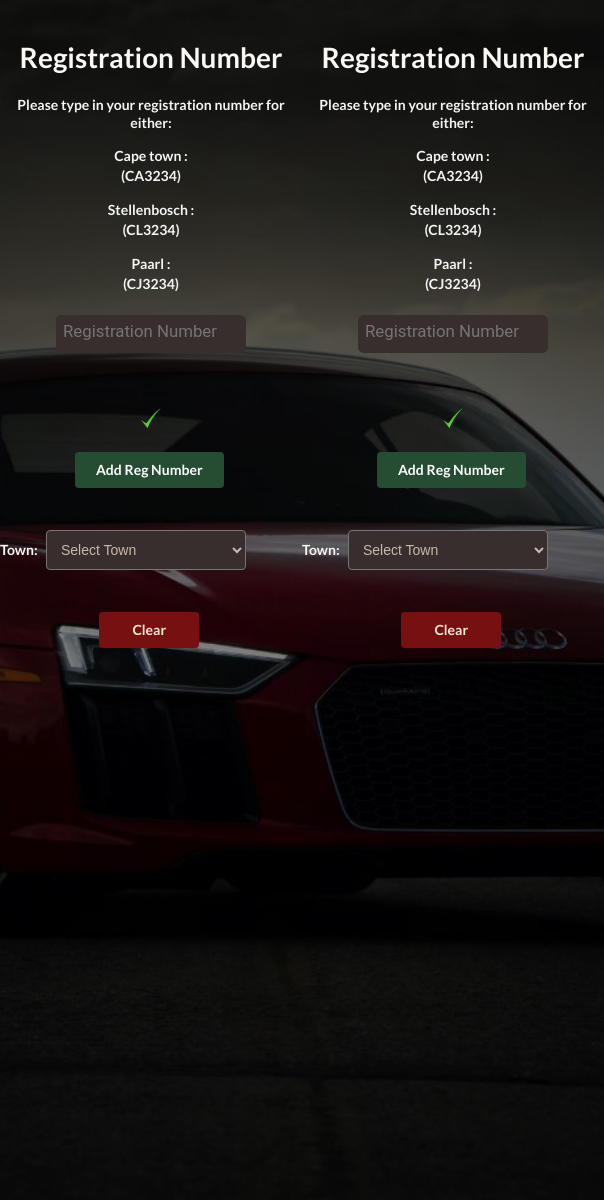
Repository: lasity34/Registration_number
Page: index.html
An editor plug-in stored every save of this project. The page is shown before and after the next save, followed by the edit.
The browser window is 375 px wide. The page is 604 px wide, then 375 px, so the pictures cover 604 px, including what lies to the right of the window. The pictures show the whole page.

Above is the page before, as saved 2023-05-08 11:23:48.
Console error: SyntaxError: Identifier 'addRegNumBtn' has already been declared

### index.html
<!DOCTYPE html>
<html lang="en">
  <head>
    <meta charset="UTF-8" />
    <meta http-equiv="X-UA-Compatible" content="IE=edge" />
    <meta name="viewport" content="width=device-width, initial-scale=1.0" />
    <title>Registration number</title>

    <link href="./semantic.css" rel="stylesheet" type="text/css" />
    <link href="./style.css" rel="stylesheet" type="text/css" />
    <link rel="preconnect" href="https://fonts.googleapis.com" />
    <link rel="preconnect" href="https://fonts.gstatic.com" crossorigin />

    <link
      href="https://fonts.googleapis.com/css2?family=Arvo:ital@0;1&display=swap"
      rel="stylesheet"
    />
  </head>
  <body>
    <section class="original">
    <header>
      <h1>Registration Number</h1>
    </header>
    <div class="info">
      <h5>Please type in your registration number for either:</h5>
      <div class="info_town">
        <p>Cape town : (CA3234)</p>
        <p>Stellenbosch : (CL3234)</p>
        <p>Paarl : (CJ3234)</p>
      </div>
    </div>

    <section class="input_section">
      <div class="form__group">
        <input
          type="text"
          class="form__input"
          id="reg_num"
          placeholder="Registration Number"
        />
        <label for="reg_num" class="form__label">Registration Number</label>
      </div>

      <div class="validCheck">
        <div class="valid"></div>
        <p id="error"></p>
      </div>
    </section>
    <section class="btn_container">
      <button class="ui button add_btn">Add Reg Number</button>
    </section>

    <div class="message">
      <div class="added_item"></div>
    </div>
    <section class="select_town">
      <label for="dropdown">Town:</label>
      <select id="dropdown" name="dropdown">
        <option value="Select Town" class="town">Select Town</option>
        <option value="Cape Town" class="town">Cape Town</option>
        <option value="Stellenbosch" class="town">Stellenbosch</option>
        <option value="Paarl" class="town">Paarl</option>
      </select>
      <div class="space_select"></div>
    </section>
    <section class="btn_container clear">
      <button class="ui button clear_btn">Clear</button>
    </section>
    <section id="reg_display_container">
      <ul class="reg_display"></ul>
      <div class="error_image"></div>

      <p class="filter_message"></p>
    </section>

    <script src="./registration_factory.js"></script>
    <script src="./registration.js"></script>
    <script></script>
  </section>
  <section class="template">
    <header>
      <h1>Registration Number</h1>
    </header>
    <div class="info">
      <h5>Please type in your registration number for either:</h5>
      <div class="info_town">
        <p>Cape town : (CA3234)</p>
        <p>Stellenbosch : (CL3234)</p>
        <p>Paarl : (CJ3234)</p>
      </div>
    </div>

    <section class="input_section">
      <div class="form__group">
        <input
          type="text"
          class="form__input"
          id="reg_num"
          placeholder="Registration Number"
        />
        <label for="reg_num" class="form__label">Registration Number</label>
      </div>

      <div class="validCheck">
        <div class="valid"></div>
        <p id="error"></p>
      </div>
    </section>
    <section class="btn_container">
      <button class="ui button add_btn">Add Reg Number</button>
    </section>

    <div class="message">
      <div class="added_item"></div>
    </div>
    <section class="select_town">
      <label for="dropdown">Town:</label>
      <select id="dropdown" name="dropdown">
        <option value="Select Town" class="town">Select Town</option>
        <option value="Cape Town" class="town">Cape Town</option>
        <option value="Stellenbosch" class="town">Stellenbosch</option>
        <option value="Paarl" class="town">Paarl</option>
      </select>
      <div class="space_select"></div>
    </section>
    <section class="btn_container clear">
      <button class="ui button clear_btn">Clear</button>
    </section>
    <section id="reg_display_container">
      <ul class="reg_display"></ul>
      <div class="error_image"></div>

      <p class="filter_message"></p>
    </section>

    <script src="./registration_factory.js"></script>
    <script src="./registration.js"></script>
    <script></script>
  </section>
  </body>
</html>

<!-- !locationArr.some((reg) => reg.reg === regInput) -->

### style.css
html {
  background: url(./images/car_background.jpg) center / cover no-repeat;
  background-color: rgba(0, 0, 0, 0.1);
  height: 150vh;
  font-family: "Arvo", serif;
  font-weight: 700;
  color: #fff;
}

body {
  display: flex;
}

header {
  display: flex;
  justify-content: center;
  text-align: center;
  color: rgb(251, 248, 244);
  font-size: 1.4rem;
  margin-top: 2em;
}

.info {
  display: flex;
  flex-direction: column;
  align-items: center;
  margin: 1.5em auto;
  text-align: center;
}

.info_town {
  display: flex;
  justify-content: space-around;
  width: 30%;
}
/* input */
.input_section {
  display: flex;
  justify-content: center;
  align-content: center;
  margin-bottom: 2em;
}

.form__label {
  font-family: "Roboto", sans-serif;
  font-size: 1.2rem;
  text-align: center;
  margin-top: 0.7em;
  display: block;
  transition: all 0.3s;
  transform: translateY(0rem);
  color: rgb(213, 222, 222);
}

.form__input {
  font-family: "Roboto", sans-serif;
  color: #baa3a3;
  font-size: 1.2rem;
  margin: 0 auto;
  padding: 0.5rem;
  border-radius: 0.4rem;
  background-color: rgb(56, 46, 46);
  border: none;
  width: 20%;
  min-width: 300px;
  display: block;
  border-bottom: 0.3rem solid transparent;
  transition: all 0.3s;
}

.form__input:placeholder-shown + .form__label {
  opacity: 0;
  visibility: hidden;
  -webkit-transform: translateY(-4rem);
  transform: translateY(-4rem);
  color: aliceblue;
}

/* message */
.message {
  display: flex;
  justify-content: center;
}

.added_item {
  margin: 0 auto;
}

.message_container {
  position: relative;
  padding: 10px;
  width: 20%;
  margin: 30px 10px;
  box-shadow: 0 2px 5px rgba(0, 0, 0, 0.3);
  background: #124e23;
  color: #fff;
  text-align: center;
  -webkit-transition: all 0.5s ease;
  -moz-transition: all 0.5s ease;
  -ms-transition: all 0.5s ease;
  -o-transition: all 0.5s ease;
  transition: all 0.5s ease;
}
.message_container:hover {
  box-shadow: 0 15px 20px rgba(10, 0, 10, 0.3);
  -webkit-filter: brightness(110%);
}

.message_container.message {
  background: rgb(35, 185, 29);
}

/*  button */

.btn_container {
  display: flex;
  justify-content: center;
  margin-bottom: 3em;
}

.add_btn {
  background-color: #244d31;
  color: #fff;
}

.add_btn:hover {
  background-color: #226a31;
}

.clear {
  margin-bottom: 1em;
}

.clear_btn {
  width: 100px;
  background-color: rgb(119, 16, 16);
  color: antiquewhite;
}

.clear_btn:hover {
  background-color: rgb(174, 35, 35);
}

/* valid checker */
.validCheck {
  display: flex;

  height: 40px;
}

.valid {
  background-image: url("./images/green-tick\(2\).png");
  background-position: right center;
  background-repeat: no-repeat;
  width: 20px;
  margin-left: 1em;
}

.invalid {
  background-image: url("./images/close\(1\)\(1\).png");
  background-position: right center;
  background-repeat: no-repeat;
}

#error {
  margin-left: 1em;
  align-self: center;
}

/* licence plate */

#reg_display_container {
  display: flex;
  justify-content: center;
  align-items: center;

  flex-direction: column;
  text-align: center;
  list-style: none;
}

ul {
  display: flex;
  justify-content: center;
  flex-wrap: wrap;
  width: 50%;
}

li {
  list-style: none;
  font-size: 2rem;
  font-weight: bold;
  align-self: center;
  width: 30%;
  min-width: 150px;
  margin-right: 0.5em;
  margin-top: 0.5em;
  background-color: rgb(244, 244, 233);
  border: 3px solid black;
  border-radius: 10px;
  color: black;
  letter-spacing: 4px;
  padding: 0.6em 0;
}

@media only screen and (max-width: 968px) {
  .input_section {
    flex-direction: column;
    margin-bottom: 1em;
  }

  .form__input {
    width: 40%;
    min-width: 190px;
  }

  .btn-12 {
    margin-left: 35%;
  }

  .clear_btn {
    margin-left: 40%;
  }

  .validCheck {
    margin-top: 1em;
    align-self: center;
  }

  .info_town {
    flex-direction: column;
  }
}

@media only screen and (max-width: 468px) {
  .btn-12 {
    margin-left: 22%;
  }

  .clear_btn {
    margin-left: 30%;
  }

  li {
    margin-right: 50px;
  }
}

.select_town {
  display: flex;
  justify-content: center;
  margin-right: 4em;
  margin-bottom: 3em;
}

.select_town label {
  align-self: center;
  margin-right: 0.6em;
}

select {
  color: rgba(250, 235, 215, 0.742);
  padding: 10px;
  font-size: 1rem;

  border-radius: 4px;
  background-color: rgb(56, 46, 46);
  width: 200px;
}

option {
  margin: 1em 0;
  display: block;
}

.error_image {
  font-size: 1.4rem;
}

### registration_factory.js
function registrationNumber() {
  let regInput = "";
  let errorMessage = "";
  let addedMessage = "";
  let locationVal = "";
  const regexNumLet = /^[a-zA-Z0-9]*$/;
  const firstTwoLetterCheck = /^[a-zA-Z]{2,3}[a-zA-Z0-9]?[0-9]*(-[0-9]*)?$/;

  let locationArr = [];
  let filteredArr = [];

  //  input will make all letters uppercase
  //  remove all whitespace inbetween and around

  function setValueInput(input) {
    regInput = input
      .replace(/[a-zA-Z]/g, (letter) => letter.toUpperCase())
      .replace(/\s+/g, "")
      .trim();
  }

  //  gets location value
  function setLocationValue(location) {
    locationVal = location;
  }

  //  local storage saved
  function setSavedArr(registrationArray) {
    locationArr = registrationArray;
  }

  // filters locations and sets string names

  function getLocationFromPrefix(prefix) {
    const locations = {
      CL: "Stellenbosch",
      CA: "Cape Town",
      CJ: "Paarl",
    };

    return locations[prefix];
  }

  // Creates new object

  function addRegistrationNumber() {

    const location = getLocationFromPrefix(regInput.substring(0, 2));
    if (location && !locationArr.some((reg) => reg.reg === regInput)) {
      locationArr.push({
        reg: regInput,
        count: 0,
        regLocation: regInput.substring(0, 2),
        location: location,
      });
      addedMessage = `Licence plate has been added to ${location}`;
      return true;
    }
    return false;
  }

  // tests for error messagese

  function testValueInput() {
    if (regInput.length < 5) {
      errorMessage = "Too short";
    } else if (!firstTwoLetterCheck.test(regInput)) {
      errorMessage = "only First 2 must be letters";
    } else if (
      !["CJ","CL", "CA"].includes(regInput.substring(0, 2))
    ) {
      errorMessage = "Has to start with CA, CJ or CL";
    } else if (regInput.length >= 10) {
      errorMessage = "Too long";
    } else if (locationArr.some((reg) => reg.reg === regInput)) {
      errorMessage = "Already used";
    } else {
      errorMessage = "";
    }
  }

  // this will filter towns in their groups

  function filterReg() {

    if (locationVal === "Select Town") {
      filteredArr = locationArr.map((reg) => reg.reg);
    } else {
      filteredArr = locationArr
        .filter((reg) => reg.location === locationVal)
        .map((reg) => reg.reg);
    }
    console.log('filteredArr:', filteredArr);
  }

  //  this is a filter for just the town groups

  function filteredMessage() {
    let filterMessage = "";
    if (filteredArr.length === 0 && locationVal === "Select Town") {
       filterMessage = `The are no reg numbers for any town`;
    } else if (filteredArr.length === 0) {
       filterMessage = `The are no reg numbers for ${locationVal}`;
    }
    return filterMessage

  }

  // this will get the value of the groups

  function getValueInput() {
    if (regInput.length >= 5 &&
        regInput.length < 10 &&
        !locationArr.some((reg) => reg.reg === regInput) &&
        ["CJ","CL","CA"].includes(regInput.substring(0, 2)) && firstTwoLetterCheck.test(regInput)
    ) {
      return regInput;
    } else {
      return undefined;
    }
  }

  function getArr() {
    return locationArr;
  }

  function getFilteredArr() {
    return filteredArr;
  }

  function getErrorMessage() {
    return errorMessage;
  }


  function getMessage() {
    return addedMessage;
  }

  return {
    setValueInput,
    setLocationValue,
    getValueInput,
    testValueInput,
    getErrorMessage,
    addRegistrationNumber,
    getMessage,
    filterReg,
    getArr,
    getFilteredArr,
    setSavedArr,
    filteredMessage,
  };
}

### registration.js
const addRegNumBtn = document.querySelector(".add_btn");
const clearBtn = document.querySelector(".clear_btn");
const regInput = document.querySelector(".form__input");
const regDisplay = document.querySelector(".reg_display");
const errorMessage = document.querySelector("#error");
const validator = document.querySelector(".valid");
const townList = document.querySelector("#dropdown");
const town = document.querySelector(".town");
const messageDisplay = document.querySelector(".added_item");
const filterMessageDisplay = document.querySelector(".filter_message");
const errorImage = document.querySelector(".error_image");


//  Instance
const regInstance = registrationNumber();

displayRegNumbersOnRefresh()

// main functions
function displayRegNumbersOnRefresh() {
  let registrationNumbersArray = JSON.parse(localStorage.getItem("regNum")) || [];
  regInstance.setSavedArr(registrationNumbersArray);
  regInstance.setLocationValue(townList.value);

  if (Array.isArray(registrationNumbersArray)) {
    registrationNumbersArray.forEach((reg) => {
      appendRegToNumberList(reg.reg);
    });
  }
}

function appendRegToNumberList(regNumber) {
  const newLi = document.createElement("li");
  newLi.textContent = regNumber;
  regDisplay.appendChild(newLi);
}

function registrationNumAdd() {
  resetErrorMessages();
  const regValue = regInput.value.trim();
  regInstance.setValueInput(regValue);
  const reg = regInstance.getValueInput();


    if (reg && regInstance.addRegistrationNumber()) {
      const storedRegArr = regInstance.getArr();
      localStorage.setItem("regNum", JSON.stringify(storedRegArr));
      regInstance.filterReg();
      regDisplay.innerHTML = "";

      const newRegArr = regInstance.getFilteredArr() || [];
      newRegArr.forEach((reg) => {
        appendRegToNumberList(reg);
      });

      displayAddedMessage();
    }

  regInput.value = "";
}


// helper functions
function resetErrorMessages() {
  errorImage.innerHTML = "";
  filterMessageDisplay.innerHTML = "";
}

function displayAddedMessage() {
  messageDisplay.classList.add("message_container");
  messageDisplay.innerHTML = regInstance.getMessage();
  function timeout() {
    messageDisplay.classList.remove("message_container");
    messageDisplay.innerHTML = "";
  }
  setTimeout(timeout, 2000);
}

function inputValid() {
  const regValue = regInput.value;
  regInstance.setValueInput(regValue);
  regInstance.testValueInput();

  if (regInstance.getErrorMessage()) {
    errorMessage.innerHTML = regInstance.getErrorMessage();
    validator.classList.add("invalid");
  } else {
    validator.classList.remove("invalid");
    errorMessage.innerHTML = "";
  }
}

function clear() {
  const userConfirm = confirm("Are you sure you want to clear all data?");

  if (userConfirm) {
    localStorage.clear();
    errorMessage.innerHTML = "";
    regDisplay.innerHTML = "";
    regInput.value = "";
    townList.value = "Select Town";
    localStorage.setItem("regNum", JSON.stringify([]));
    regInstance.setSavedArr([]);
    resetErrorMessages();
  }
}

//  filters towns from the drop box
function selectTown() {
  regInstance.setLocationValue(townList.value);
  regInstance.filterReg();
  const filteredArr = regInstance.getFilteredArr();
  const filterMessage = regInstance.filteredMessage();
  filterMessageDisplay.innerHTML = filterMessage;
  displayFilteredArray(filteredArr);

  if (filteredArr.length === 0) {
    errorImage.innerHTML = '<img src="./images/not_found.svg" width="200"/>';
  } else {
    errorImage.innerHTML = "";
  }
}

function displayFilteredArray(filteredArr) {
  regDisplay.innerHTML = "";
  if (filteredArr) {
    filteredArr.forEach((reg) => {
      appendRegToNumberList(reg);
    });
  } else {
    regDisplay.innerHTML = "";
  }
}


townList.addEventListener("change", selectTown);
clearBtn.addEventListener("click", clear);
addRegNumBtn.addEventListener("click", registrationNumAdd);
regInput.addEventListener("input", inputValid);

Loaded but not shown: semantic.css (library)

After the next save:
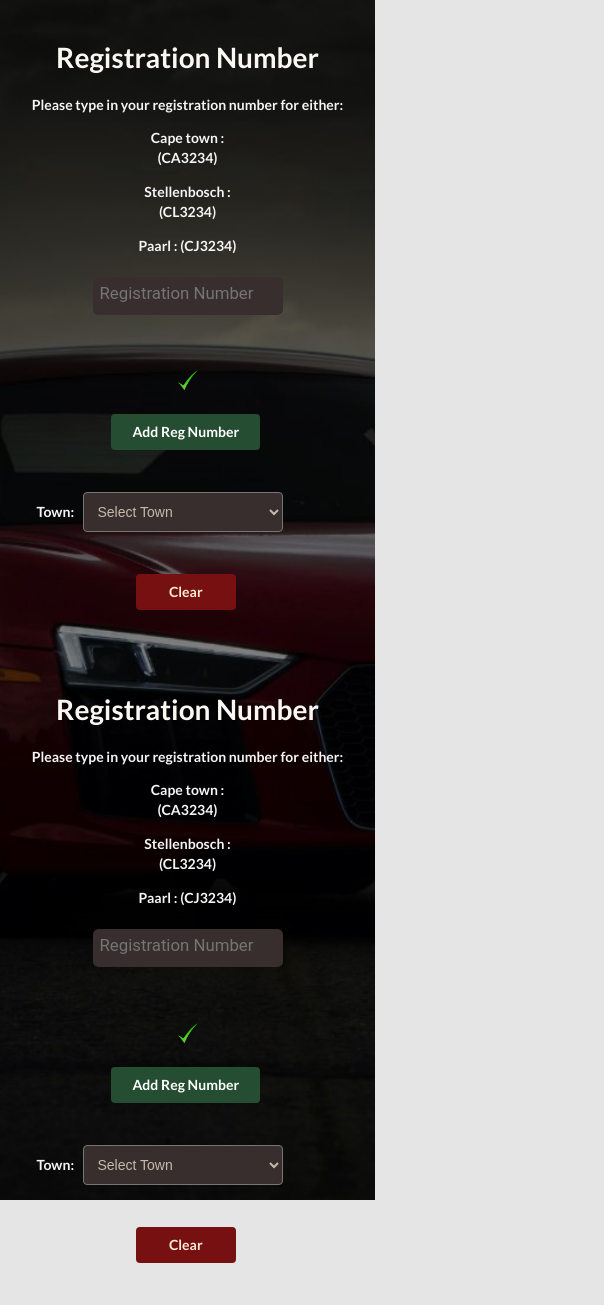
Saved 32 s later.
--- a/style.css
+++ b/style.css
@@ -233,6 +233,11 @@
 }
 
 @media only screen and (max-width: 468px) {
+
+  body {
+    flex-direction: column;
+  }
+
   .btn-12 {
     margin-left: 22%;
   }
